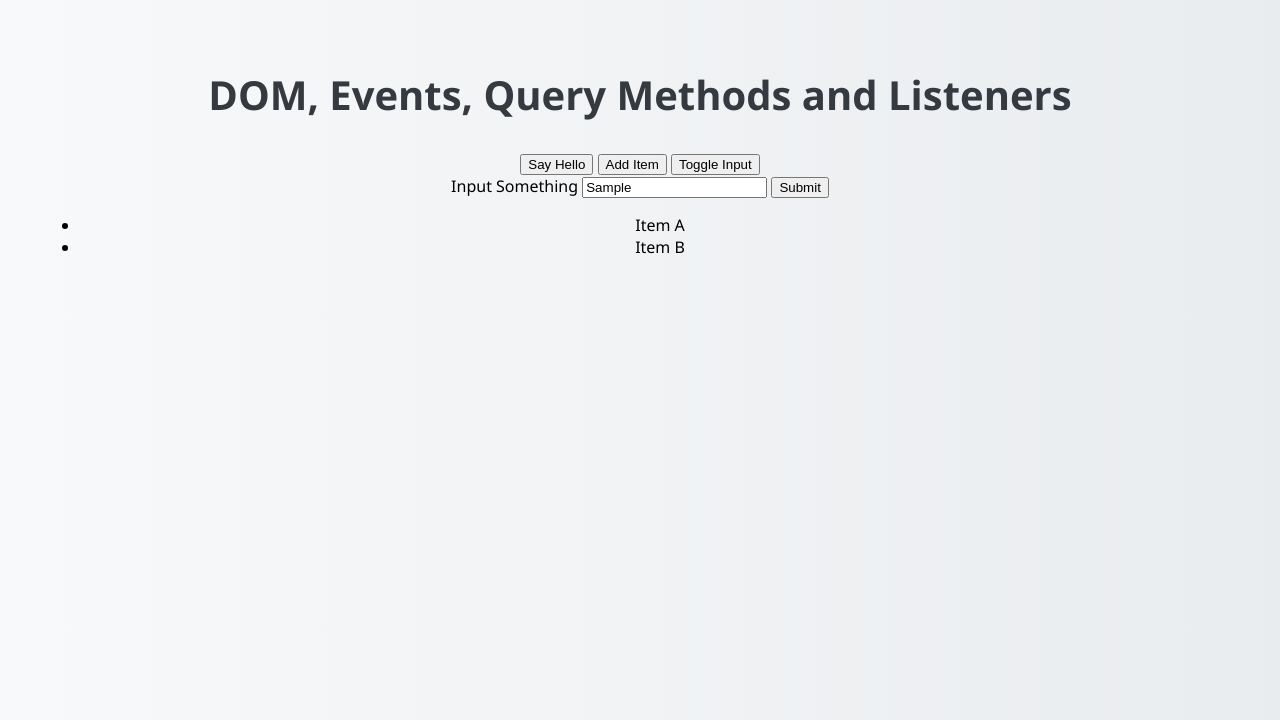
Repository: SiddhantNagaria/Genpact-Training
Page: Java Training/08 first-webmvc/src/main/resources/static/index.html
These files come from the project's save history. The page is drawn as it stood at one moment and after the next save; the edit follows.
The browser window is 1280 px wide. The pictures show the whole page.
Empty fields were first filled with sample values (such as "Sample", 5 or name@example.com).
After loading, the first visible `#btn-add` was clicked once.

Above is the page before, as saved 2025-11-17 09:07:01.

After the next save:
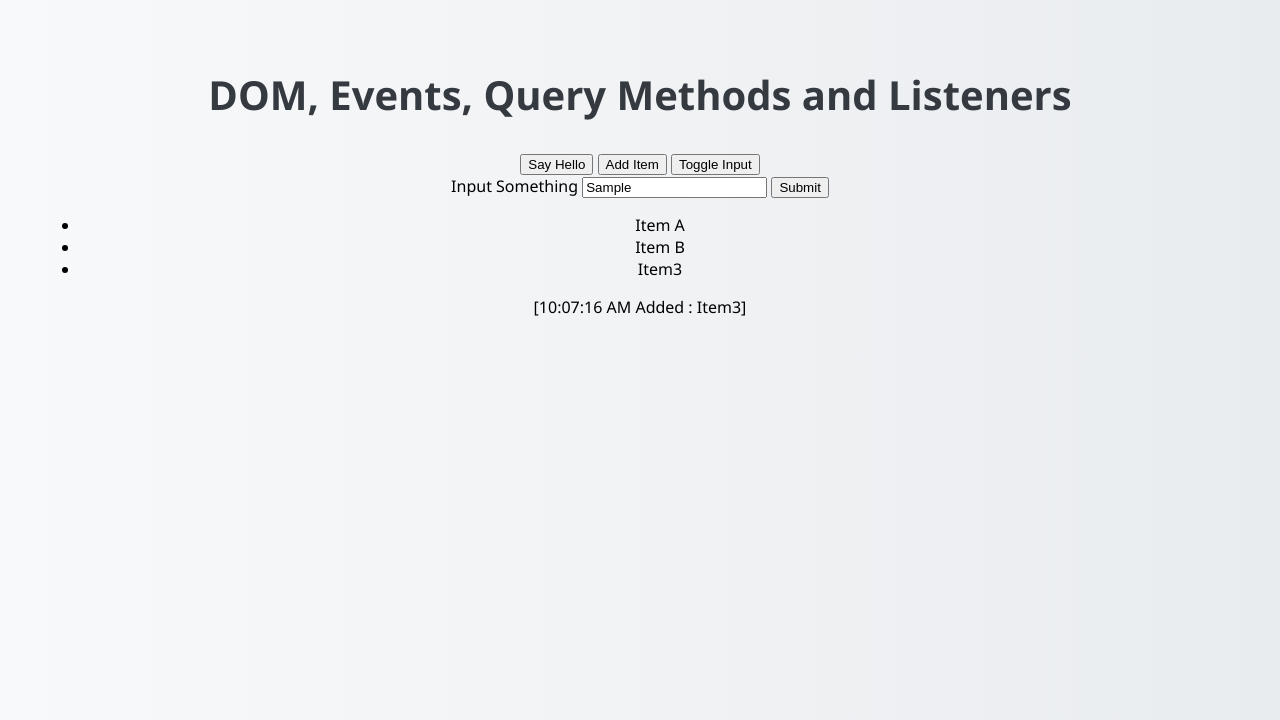
Saved 5 min 26 s later.
--- a/Java Training/08 first-webmvc/src/main/resources/static/js/app2.js
+++ b/Java Training/08 first-webmvc/src/main/resources/static/js/app2.js
@@ -69,4 +69,18 @@ btnAdd.addEventListener('click', function(ev) {
 	const li = document.createElement("li");
 	li.className = 'item';
 	li.textContent = 'Item' + (itemList.children.length + 1);
+	itemList.appendChild(li);
+	appendLog('Added : ' + li.textContent);
 });
+
+//	3. Toggle (show hide) input visibility
+
+btnToggle.addEventListener('click', () => {
+	if (input.classList.contains('hidden')) {
+		input.classList.remove('hidden');
+		appendLog('input shown');
+	} else {
+		input.classLis.add('hidden');
+		appendLog('input hidden');
+	}
+});
